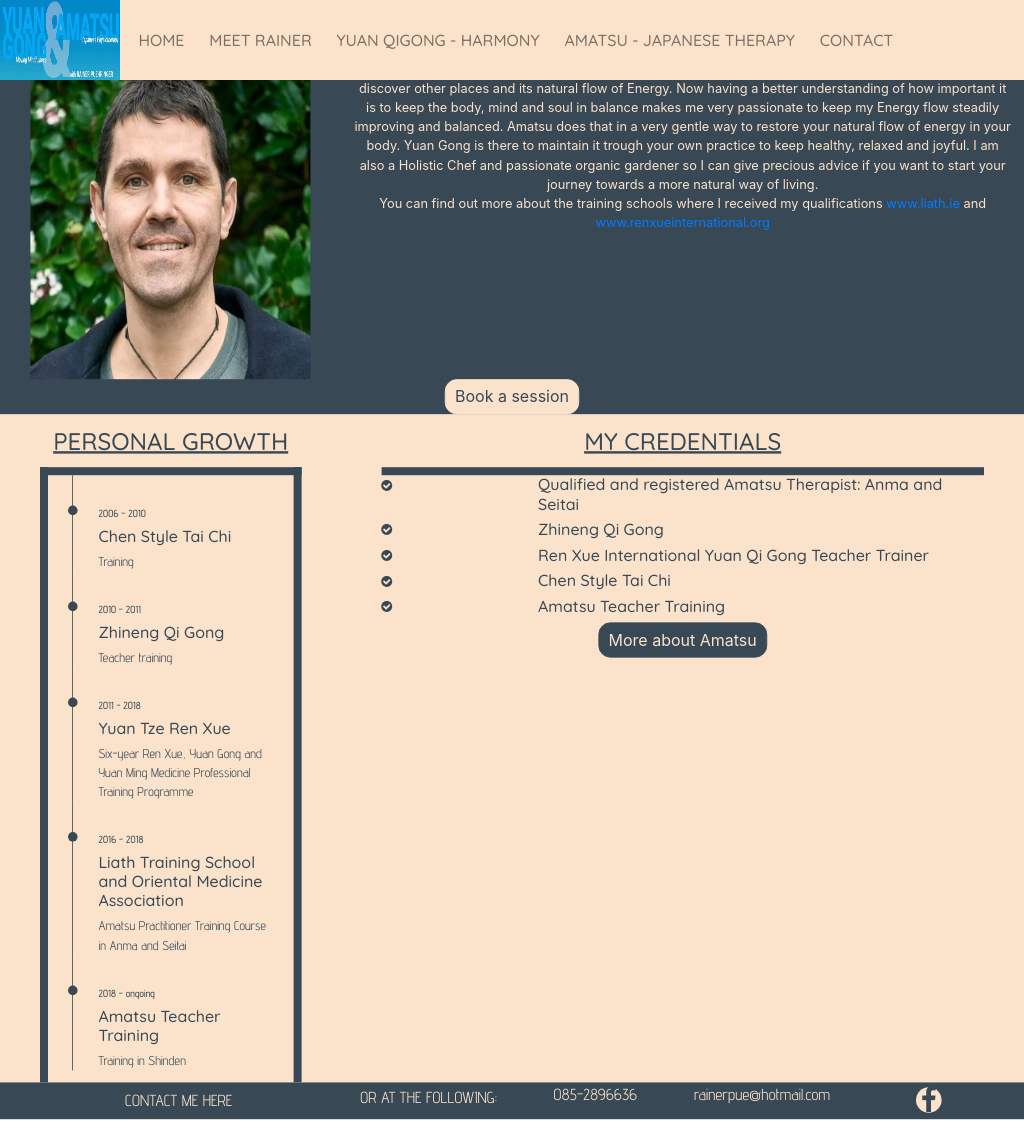
Repository: rainerpue/practitioner_website
Page: about.html
The author's editor kept a record of every edit. The page is drawn from the files as they stood at one moment, then again after the next edit.
The browser window is 1280 px wide. The pictures show the whole page, at 80% of full size.
Some web libraries are served in a nearby version.

Above is the page before.

After the next edit:
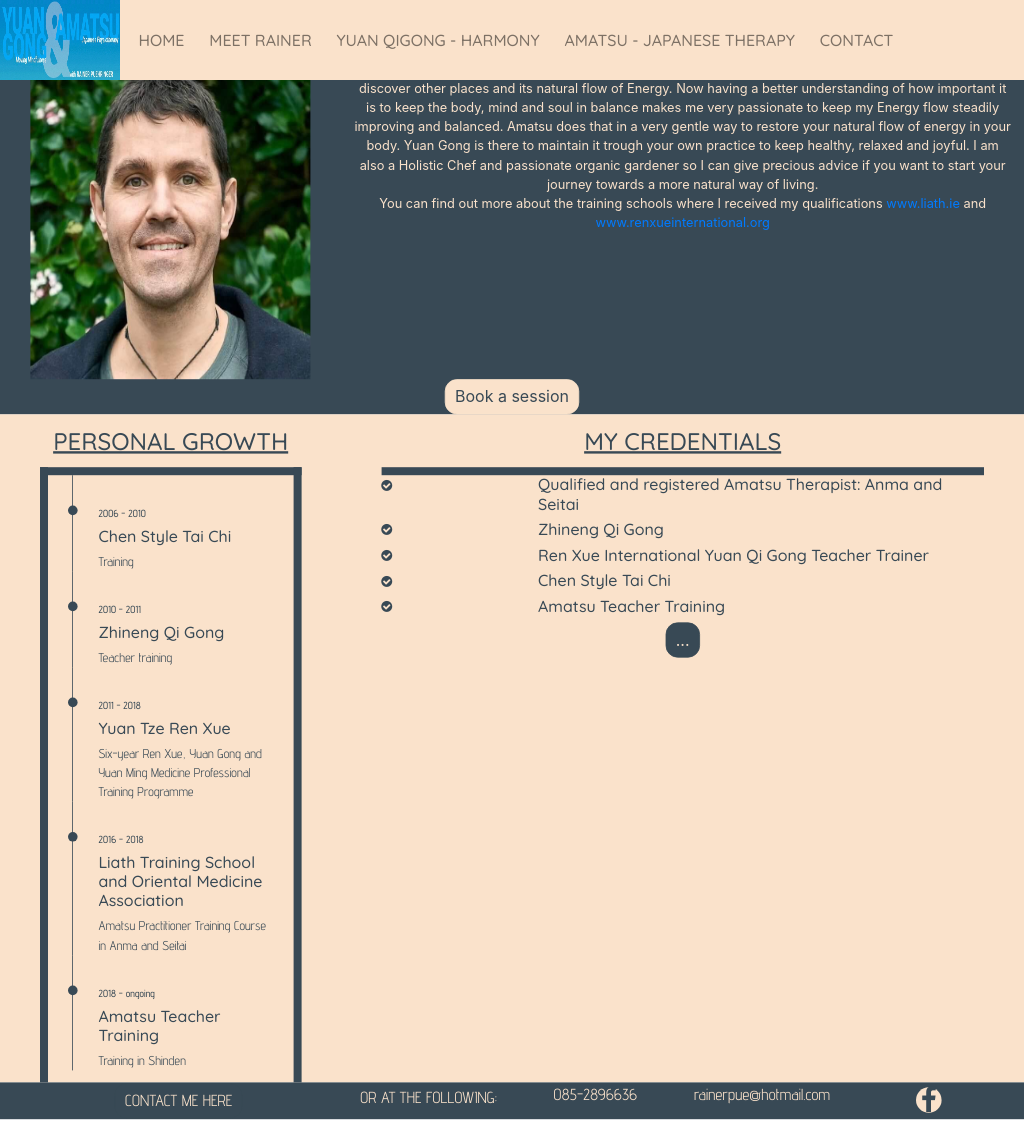
The edit:
--- a/about.html
+++ b/about.html
@@ -194,7 +194,7 @@
                     <div class="row text-center">
                         <div class="col-12">
 
-                            <a class="btn btn--gal btn--grey" href="#">More about Amatsu</a>
+                            <a class="btn btn--gal btn--grey" href="#">...</a>
                         </div>
                     </div>
                 </div>
